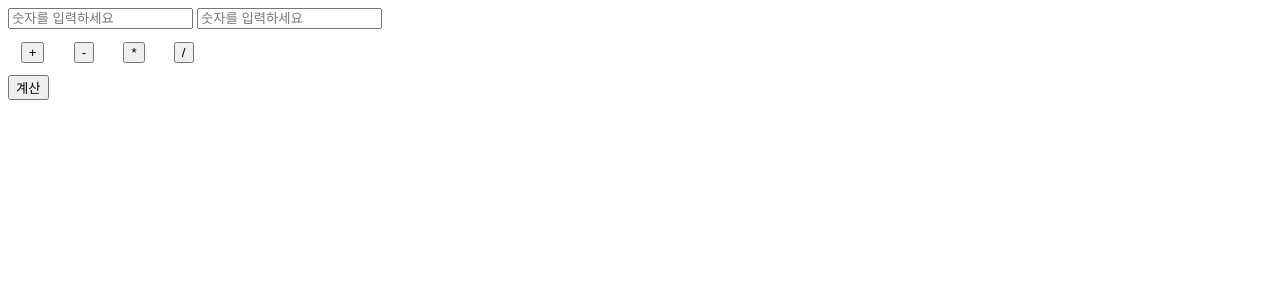
Repository: Yang-Seungjae/JSPservlet
Page: example1/src/main/webapp/ex5.html
An editor plug-in stored every save of this project. The page is shown before and after the next save, followed by the edit.
The browser window is 1280 px wide. The pictures show the whole page.

Above is the page before, as saved 2023-05-19 07:34:30.

### example1/src/main/webapp/ex5.html
<!DOCTYPE html>
<html>
<head>
<meta charset="utf-8">
<title>Insert title here</title>

<style>
      .button {
        margin: 1%;
      }
    </style>
</head>
<body>

     <form method="get" action="/example1/CalQueryServlet">
      <input type="text" placeholder="숫자를 입력하세요" />
      <input type="text" placeholder="숫자를 입력하세요" /> <br />

      <button class="button">+</button>
      <button class="button">-</button>
      <button class="button">*</button>
      <button class="button">/</button><br />

      <input type="submit" value="계산" name="submit" ></button>
    </form>

</body>
</html>

After the next save:
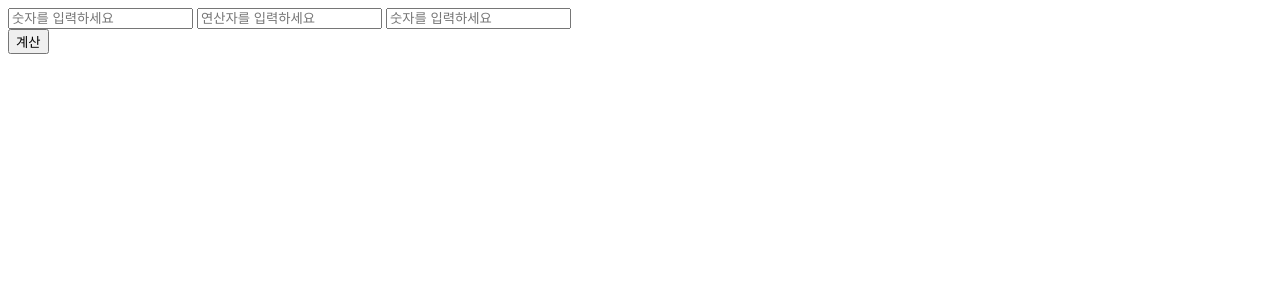
Saved 6 s later.
--- a/example1/src/main/webapp/ex5.html
+++ b/example1/src/main/webapp/ex5.html
@@ -13,14 +13,9 @@
 <body>
 
      <form method="get" action="/example1/CalQueryServlet">
-      <input type="text" placeholder="숫자를 입력하세요" />
-      <input type="text" placeholder="숫자를 입력하세요" /> <br />
-
-      <button class="button">+</button>
-      <button class="button">-</button>
-      <button class="button">*</button>
-      <button class="button">/</button><br />
-
+      <input type="text" name="first"  placeholder="숫자를 입력하세요" />
+      <input type="text" name="cal"    placeholder="연산자를 입력하세요" />
+      <input type="text" name="second" placeholder="숫자를 입력하세요" /> <br />
       <input type="submit" value="계산" name="submit" ></button>
     </form>
 
